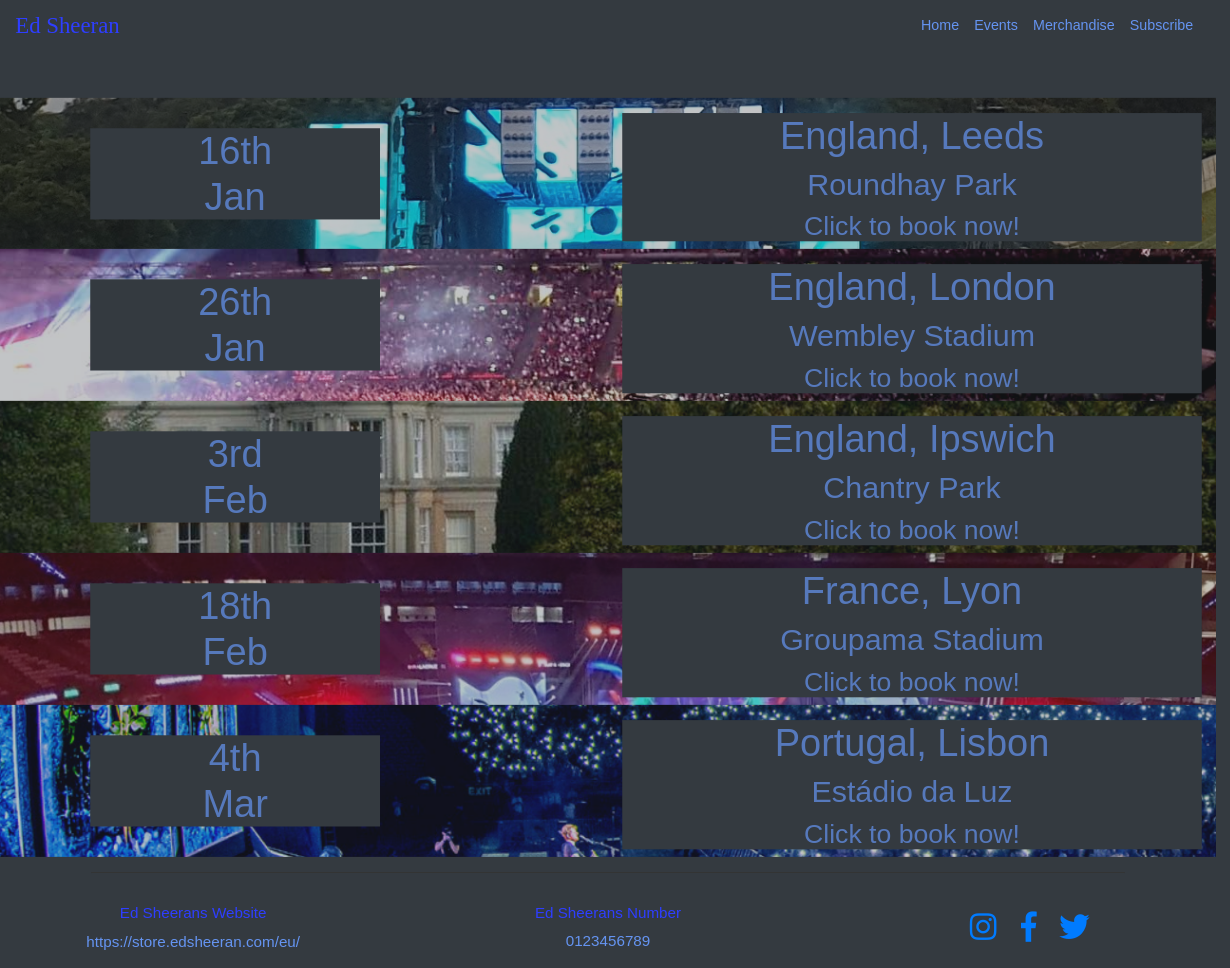
Repository: amit238/milestone-project-1
Page: events.html
The author's editor kept a record of every edit. The page is drawn from the files as they stood at one moment, then again after the next edit.
The browser window is 1280 px wide. The page is 1295 px wide, so the pictures cover 1295 px, including what lies to the right of the window. The pictures show the whole page, at 95% of full size.
Some web libraries are served in a nearby version.

Above is the page before.

After the next edit:
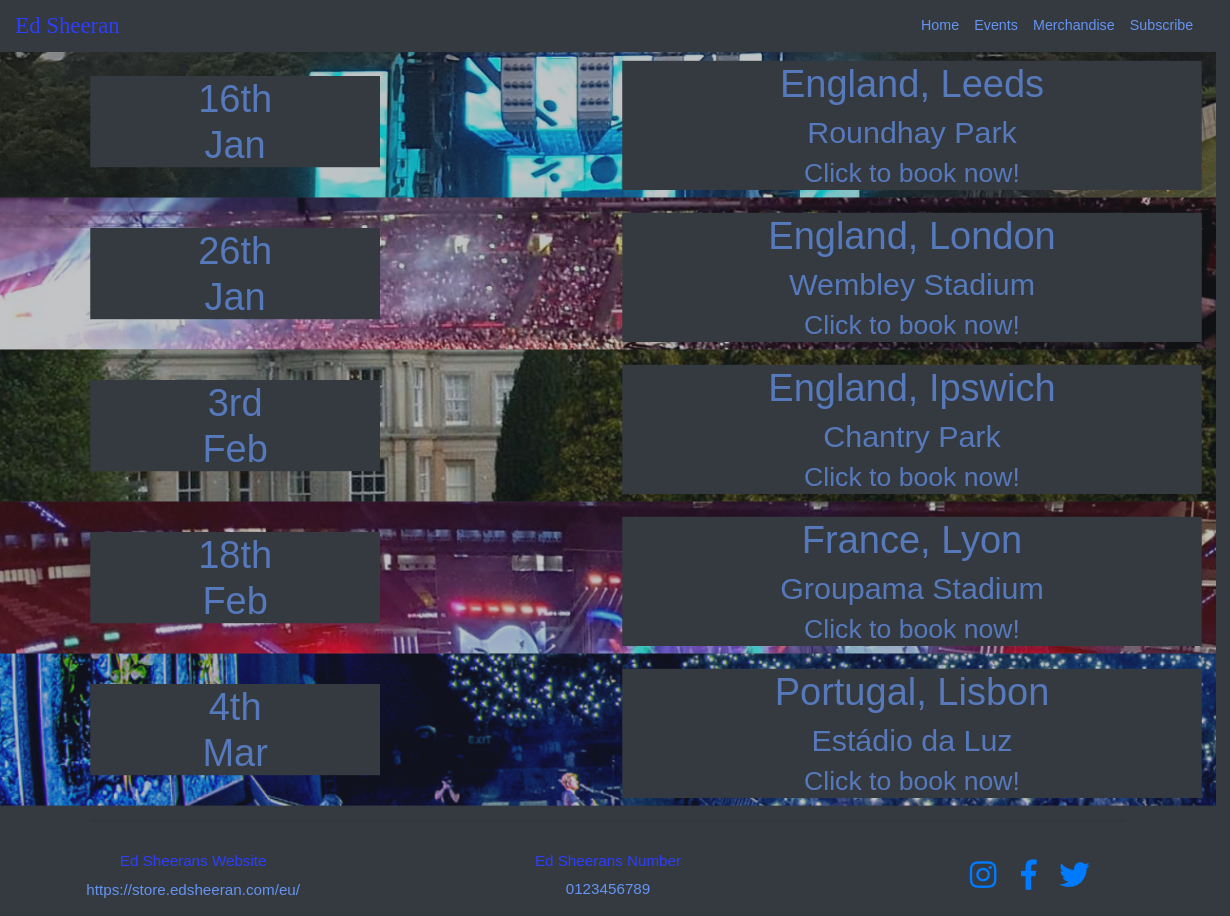
The edit:
--- a/events.html
+++ b/events.html
@@ -12,7 +12,7 @@
 </head>
 
 <body>
-  <nav class="navbar navbar-expand-lg navbar-dark bg-dark">
+  <nav class="navbar fixed-top navbar-expand-lg navbar-dark bg-dark">
     <a class="edsheeran-brand">Ed Sheeran</a>
     <button type="button" class="navbar-toggler" data-toggle="collapse" data-target="#main-menu" aria-expanded="true">
                 <span class="navbar-toggler-icon"></span>
